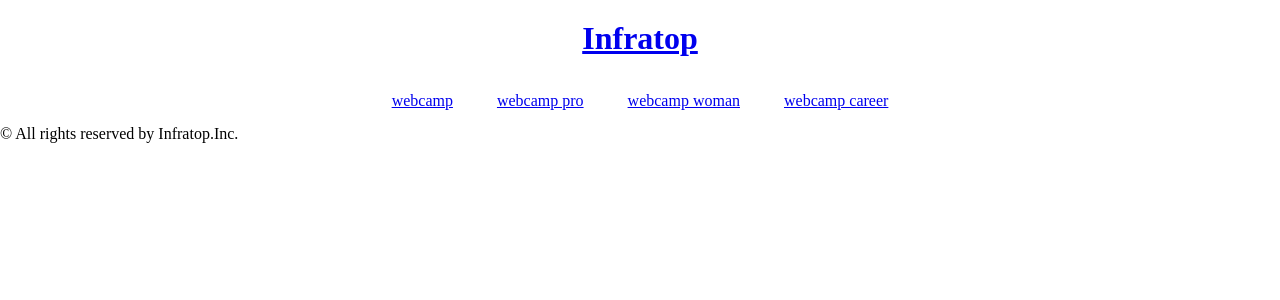
Repository: alamsamiha/html_css
Page: chapter5_exercise/ch5.html
The author's editor kept a record of every edit. The page is drawn from the files as they stood at one moment, then again after the next edit.
The browser window is 1280 px wide. The pictures show the whole page.

Above is the page before.

After the next edit:
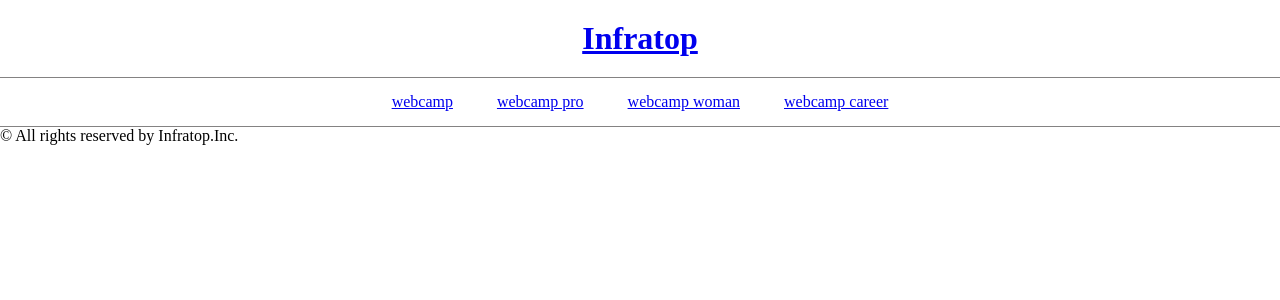
The edit:
--- a/chapter5_exercise/ch5.css
+++ b/chapter5_exercise/ch5.css
@@ -19,6 +19,8 @@
   text-align: center;
   padding: 15px 0;
   margin: 0 auto;
+  border-bottom: 1px solid #848282;
+  border-top: 1px solid #848282;
 }
 
 .nav-list-item {
